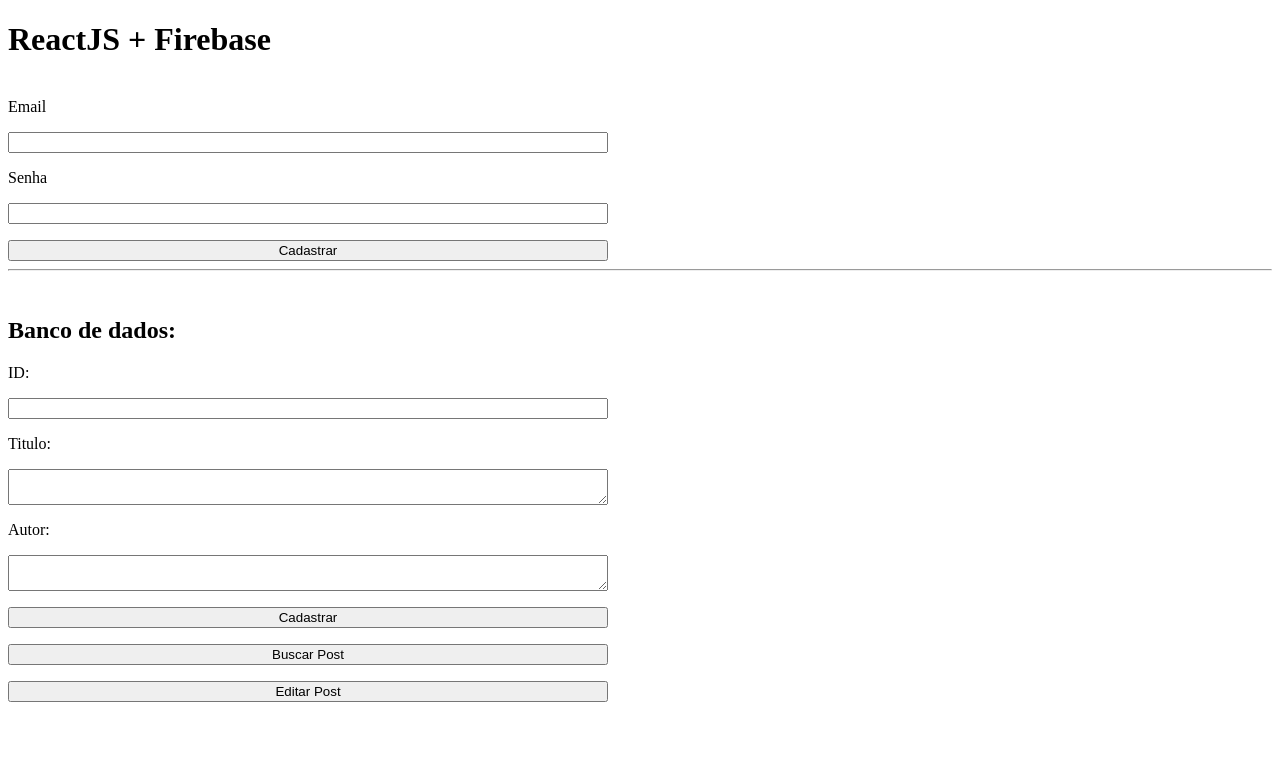
Repository: joaoaspimienta/Estudos-de-firebase
Page: /
These files come from the project's save history. The page is drawn as it stood at one moment and after the next save; the edit follows.
The browser window is 1280 px wide. The pictures show the whole page.
The page's requests for data from a server got no answer. The project was rebuilt for these pictures with package versions that can differ from the ones it lists, and the page was loaded fresh each time. No one was signed in, and anything a server would have sent is missing.

Above is the page before, as saved 2022-06-13 09:23:59.

### src/App.js
import { useEffect, useState } from "react";
import firebase from "./firebaseConnection";
import "./style.css";

function App() {
  const [idPost, setIdPost] = useState("");
  const [titulo, setTitulo] = useState("");
  const [autor, setAutor] = useState("");
  const [email, setEmail] = useState("");
  const [senha, setSenha] = useState("");
  const [posts, setPosts] = useState([]);

  useEffect(() => {
    async function loadPosts() {
      await firebase
        .firestore()
        .collection("posts")
        .onSnapshot((doc) => {
          let meusPosts = [];

          doc.forEach((item) => {
            meusPosts.push({
              id: item.id,
              titulo: item.data().titulo,
              autor: item.data().autor,
            });
          });
          setPosts(meusPosts);
        });
    }
    loadPosts();
  }, []);

  async function handleAdd() {
    await firebase
      .firestore()
      .collection("posts")
      .add({
        titulo: titulo,
        autor: autor,
      })
      .then(() => {
        alert("Dados cadastrados com sucesso!");
        setTitulo("");
        setAutor("");
      })
      .catch((error) => {
        alert("GEROU ALGUM ERRO: " + error);
      });
  }
  /*  async function handleAdd(){
    await firebase.firestore().collection('posts')
    .doc('12345')
    .set({
      titulo: titulo,
      autor: autor,
    })
    .then(()=>{
      alert('Dados cadastrados com sucesso!')
    })
    .catch((error)=>{
      alert('GEROU ALGUM ERRO: ' + error)
    })
  } */

  async function buscaPost() {
    await firebase
      .firestore()
      .collection("posts")
      .get()
      .then((snapshot) => {
        let lista = [];

        snapshot.forEach((doc) => {
          lista.push({
            id: doc.id,
            titulo: doc.data().titulo,
            autor: doc.data().autor,
          });
        });
        setPosts(lista);
      })
      .catch();

    /*     await firebase.firestore().collection('posts')
    .doc('tuTKEq4Gtc2iEI9BXEGe')
    .get()
    .then((snapshot)=>{
      setTitulo(snapshot.data().titulo)
      setAutor(snapshot.data().autor)
    })
    .catch(()=>{
      console.log('Deu algum erro')
    }) */
  }

  async function editarPost() {
    await firebase
      .firestore()
      .collection("posts")
      .doc(idPost)
      .update({
        titulo: titulo,
        autor: autor,
      })
      .then(() => {
        console.log("dados editados com sucesso");
        setIdPost("");
        setTitulo("");
        setAutor("");
      })
      .catch(() => {
        console.log("deu merda");
      });
  }

  async function excluirPost(id) {
    await firebase
      .firestore()
      .collection("posts")
      .doc(id)
      .delete()
      .then(() => {
        console.log("este post foi excluido");
      });
  }

  async function novoUsuario() {}

  return (
    <div>
      <h1>ReactJS + Firebase</h1>
      <br />
      <div className="container">
        <label>Email</label>
        <input
          type="text"
          value={email}
          onChange={(e) => setEmail(e.target.value)}
        />
        <label>Senha</label>
        <input
          type="password"
          value={senha}
          onChange={(e) => setSenha(e.target.value)}
        />
        <button onClick={novoUsuario}>Cadastrar</button>
      </div>
      <hr /> <br />
      <h2>Banco de dados:</h2>
      <div className="container">
        <label>ID:</label>
        <input
          type="text"
          value={idPost}
          onChange={(e) => setIdPost(e.target.value)}
        />
        <label>Titulo: </label>
        <textarea
          type="text"
          value={titulo}
          onChange={(e) => setTitulo(e.target.value)}
        />
        <label>Autor: </label>
        <textarea
          type="text"
          value={autor}
          onChange={(e) => setAutor(e.target.value)}
        />
        <button onClick={handleAdd}>Cadastrar</button>
        <button onClick={buscaPost}>Buscar Post</button>
        <button onClick={editarPost}>Editar Post</button>
        <ul>
          {posts.map((post) => {
            return (
              <li key={post.id}>
                <span>ID: {post.id}</span>
                <br />
                <span>Titulo: {post.titulo}</span> <br />
                <span>Autor: {post.autor}</span> <br />
                <button onClick={() => excluirPost(post.id)}>
                  Excluir post
                </button>
                <br />
                <br />
              </li>
            );
          })}
        </ul>
      </div>
    </div>
  );
}

export default App;

### src/firebaseConnection.js
import firebase from 'firebase/app'
import 'firebase/firestore'

let firebaseConfig = {
  apiKey: "AIzaSyBM8zXTuMB9OuHMgazGoDHqoWQcRxFFhw8",
  authDomain: "react-zero-ao-avancado.firebaseapp.com",
  projectId: "react-zero-ao-avancado",
  storageBucket: "react-zero-ao-avancado.appspot.com",
  messagingSenderId: "829524555310",
  appId: "1:829524555310:web:21abf5fa7f77d62df511bf",
  measurementId: "G-5HZY1965W8"
};

if(!firebase.apps.length){
  firebase.initializeApp(firebaseConfig)
}

export default firebase;

### src/style.css
.container{
  width: 600px;
  display: flex;
  flex-direction: column;
  gap: 1rem;
}

Loaded but not shown: public/index.html (common file); src/index.js (common file)

After the next save:
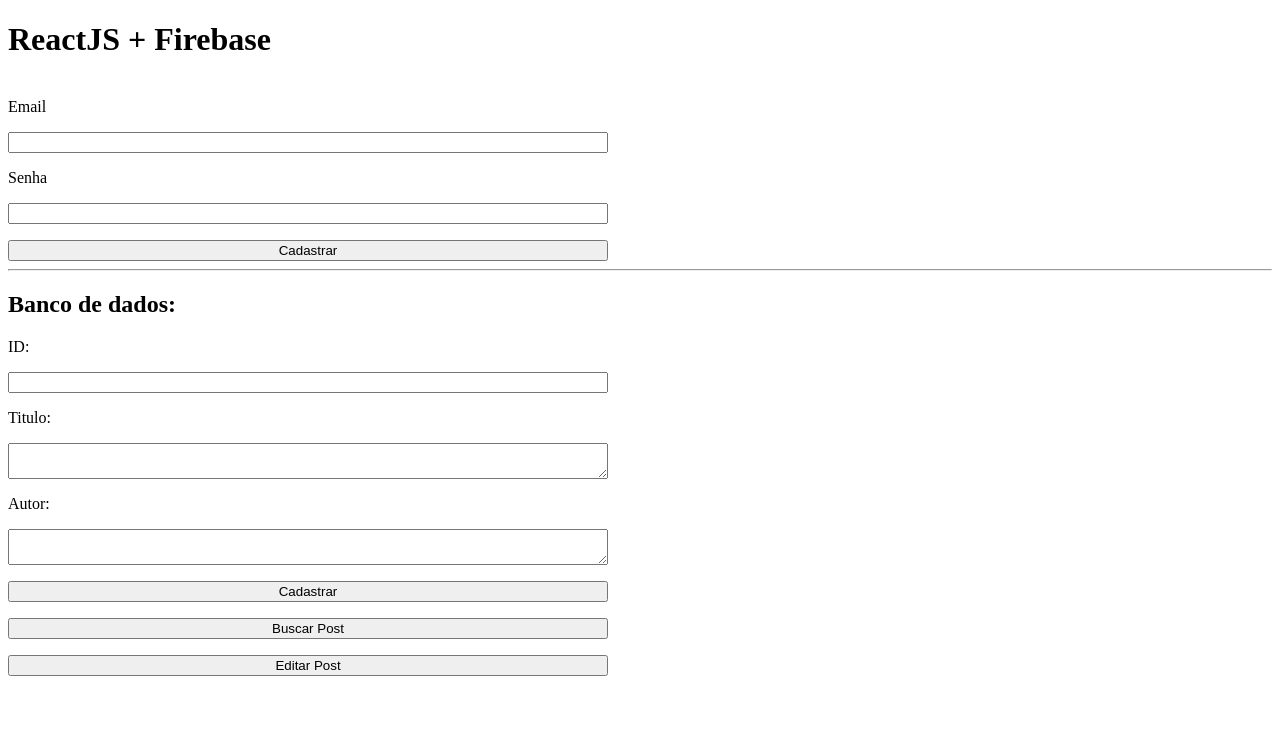
Saved 10 s later.
--- a/src/App.js
+++ b/src/App.js
@@ -146,7 +146,7 @@
         />
         <button onClick={novoUsuario}>Cadastrar</button>
       </div>
-      <hr /> <br />
+      <hr />
       <h2>Banco de dados:</h2>
       <div className="container">
         <label>ID:</label>

After the save that followed:
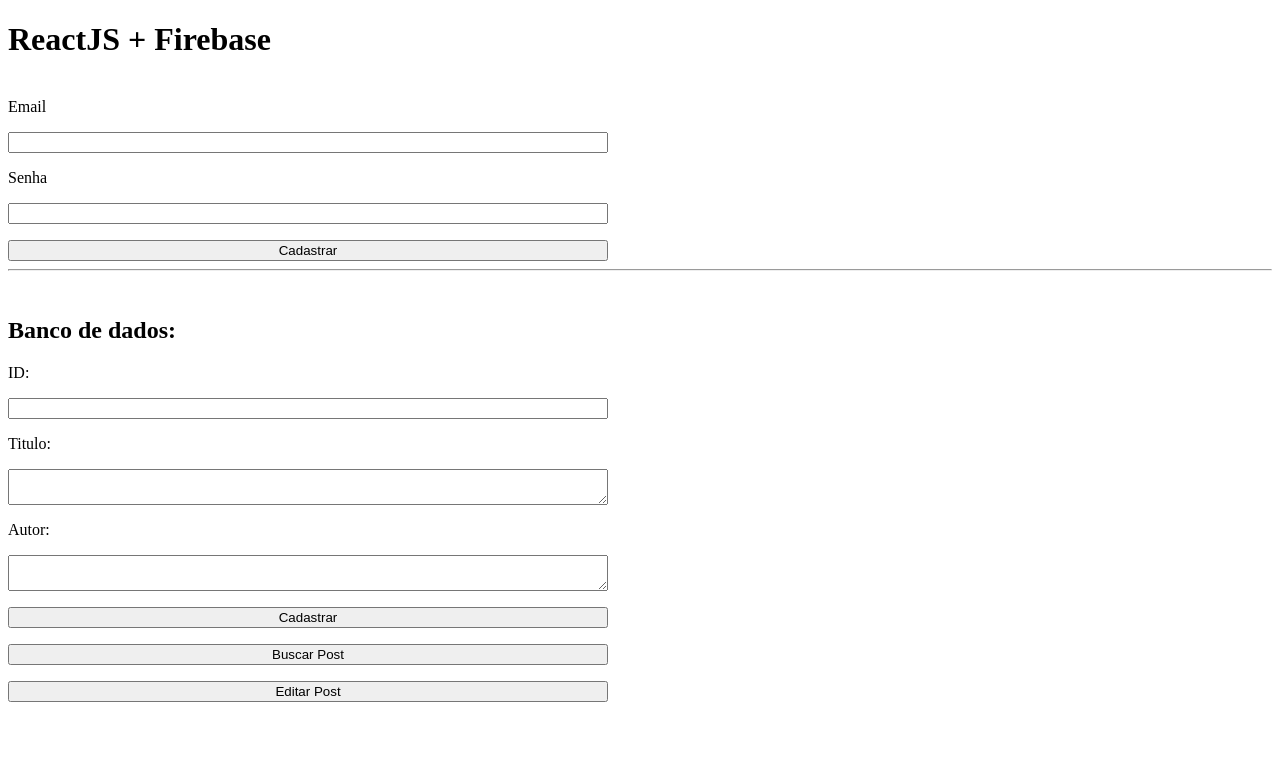
Saved 6 s later.
--- a/src/App.js
+++ b/src/App.js
@@ -146,7 +146,7 @@
         />
         <button onClick={novoUsuario}>Cadastrar</button>
       </div>
-      <hr />
+      <hr /> <br />
       <h2>Banco de dados:</h2>
       <div className="container">
         <label>ID:</label>
